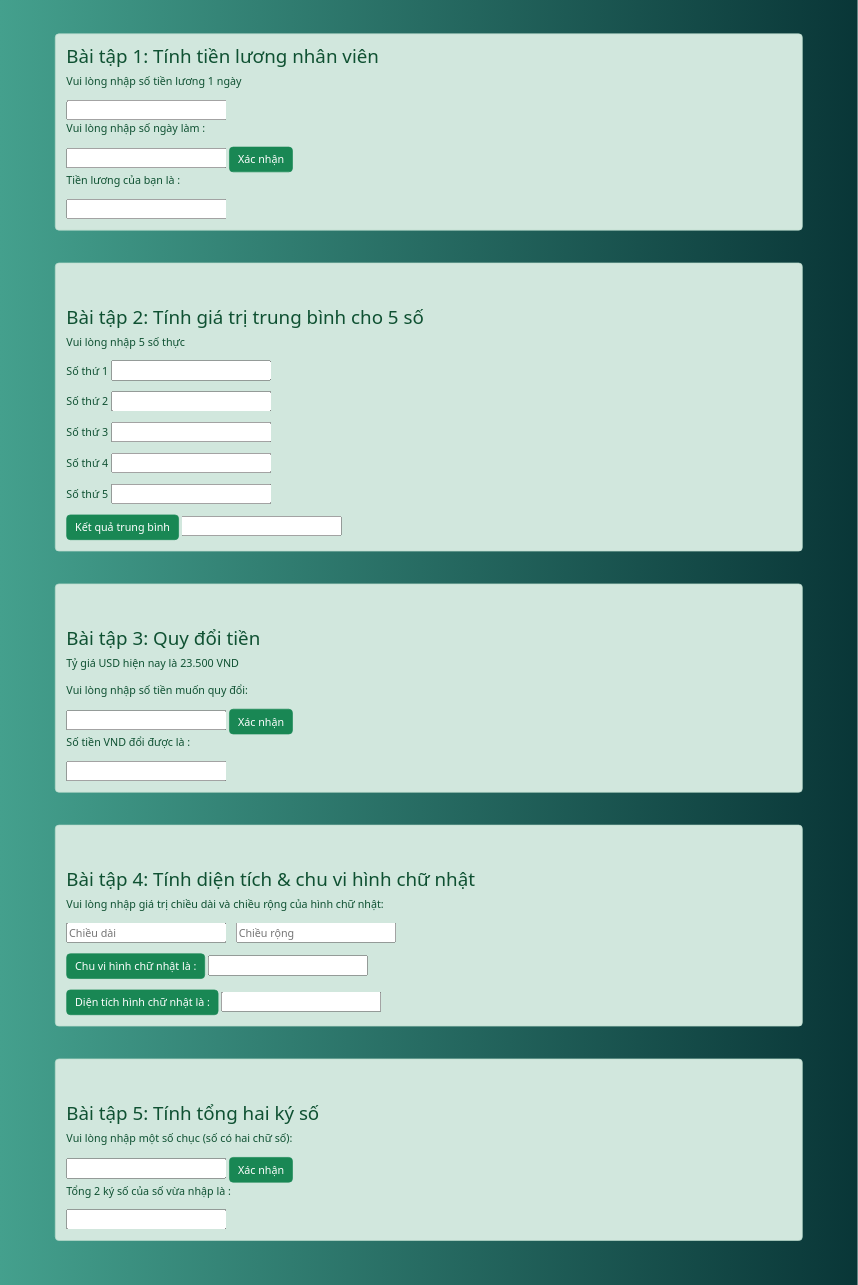
Repository: hcozyph/TranHuuPhuoc_BC43_BT_JS_Buoi2
Page: index.html
An editor plug-in stored every save of this project. The page is shown before and after the next save, followed by the edit.
The browser window is 1280 px wide. The pictures show the whole page, at 67% of full size.

Above is the page before, as saved 2023-02-03 20:52:00.

After the next save:
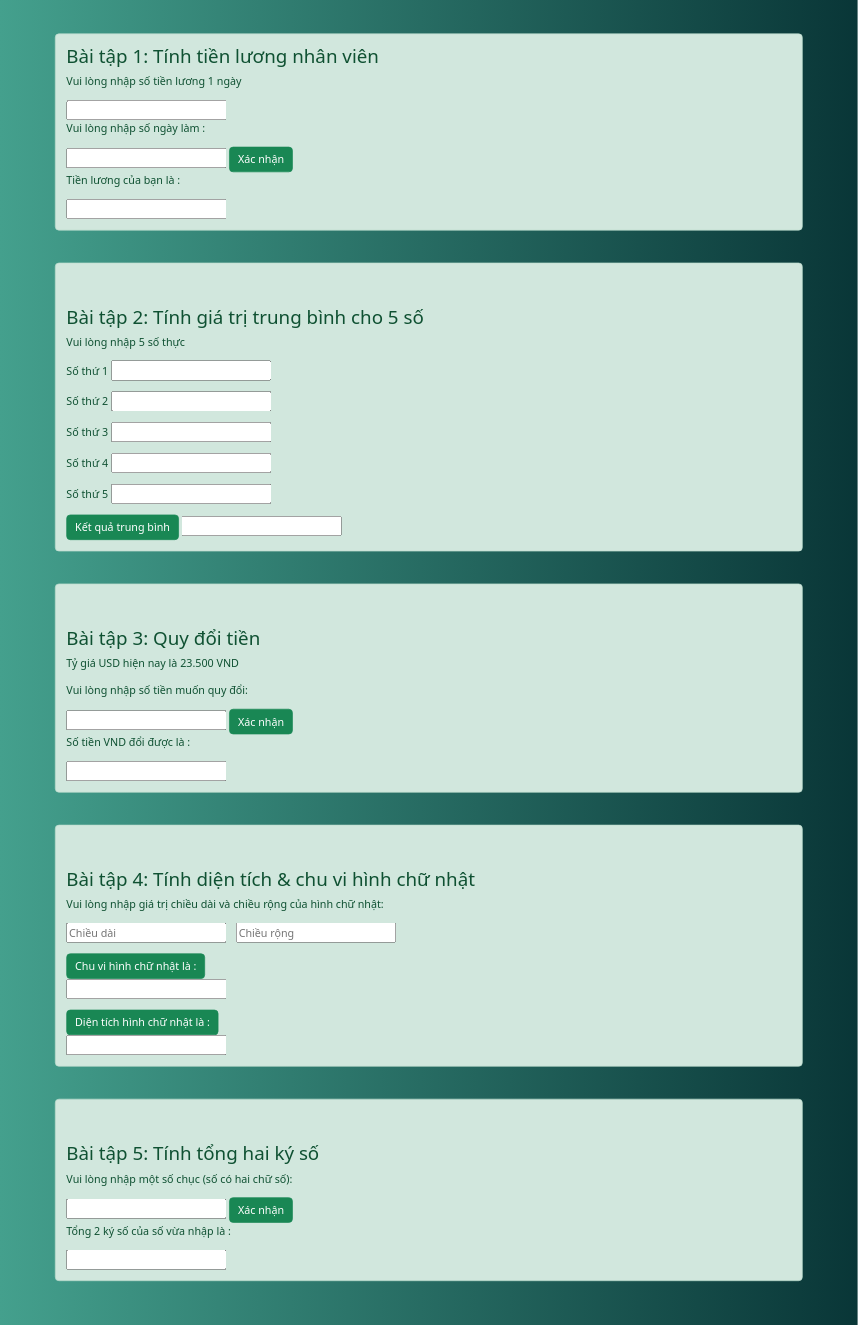
Saved 6 min 22 s later.
--- a/index.html
+++ b/index.html
@@ -127,14 +127,14 @@
                         placeholder="Chiều rộng"
                     />
 
-                    <div class="chuVi mt-3">
+                    <div class="chuVi mt-3 w-25">
                         <button class="btn btn-success" onclick="chuVi()">
                             Chu vi hình chữ nhật là :
                         </button>
-                        <input type="number" id="chuVi" />
+                        <input type="number" id="chuVi" id="ketQua" />
                     </div>
 
-                    <div class="dienTich mt-3">
+                    <div class="dienTich mt-3 w-25">
                         <button class="btn btn-success" onclick="dienTich()">
                             Diện tích hình chữ nhật là :
                         </button>

After the save that followed:
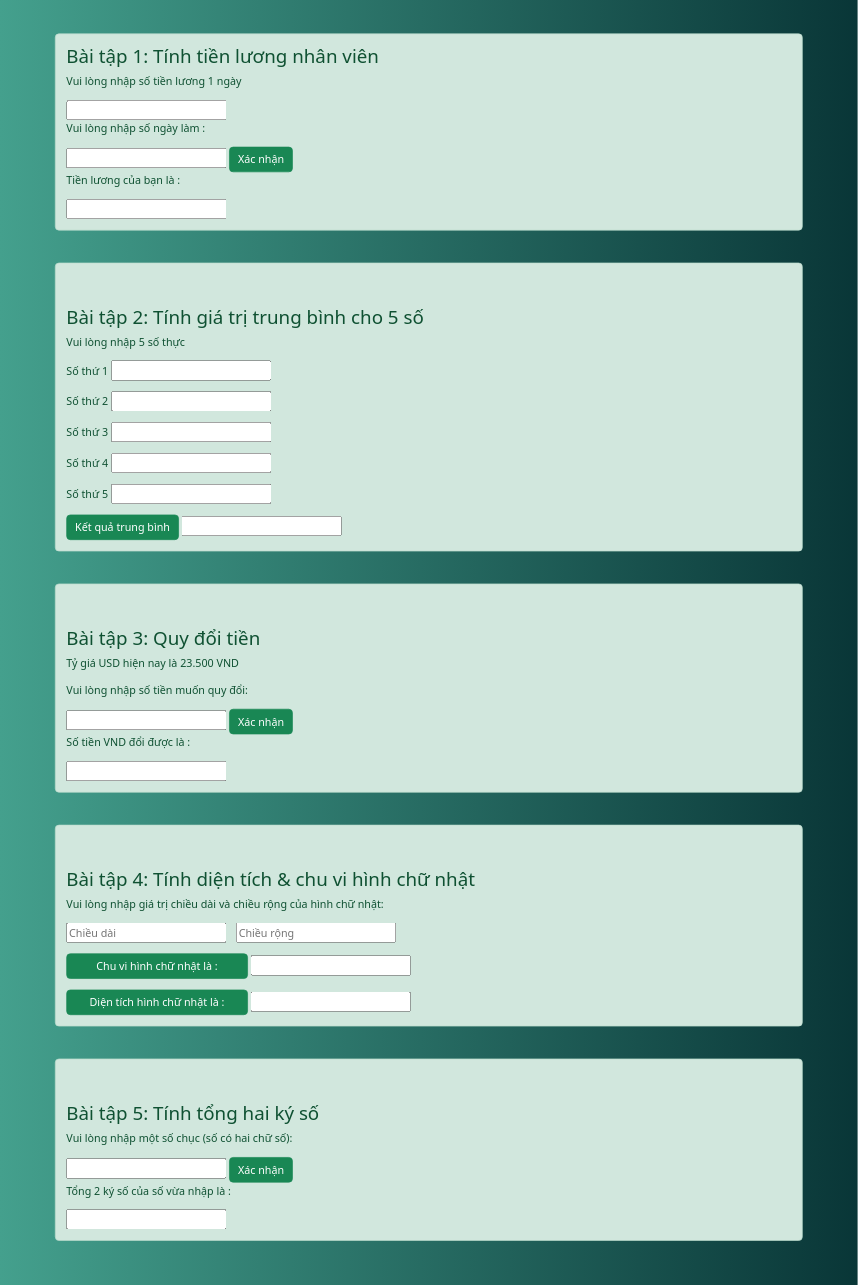
Saved 41 s later.
--- a/index.html
+++ b/index.html
@@ -127,15 +127,18 @@
                         placeholder="Chiều rộng"
                     />
 
-                    <div class="chuVi mt-3 w-25">
-                        <button class="btn btn-success" onclick="chuVi()">
+                    <div class="chuVi mt-3">
+                        <button class="btn btn-success w-25" onclick="chuVi()">
                             Chu vi hình chữ nhật là :
                         </button>
                         <input type="number" id="chuVi" id="ketQua" />
                     </div>
 
-                    <div class="dienTich mt-3 w-25">
-                        <button class="btn btn-success" onclick="dienTich()">
+                    <div class="dienTich mt-3">
+                        <button
+                            class="btn btn-success w-25"
+                            onclick="dienTich()"
+                        >
                             Diện tích hình chữ nhật là :
                         </button>
                         <input type="number" id="dienTich" />
